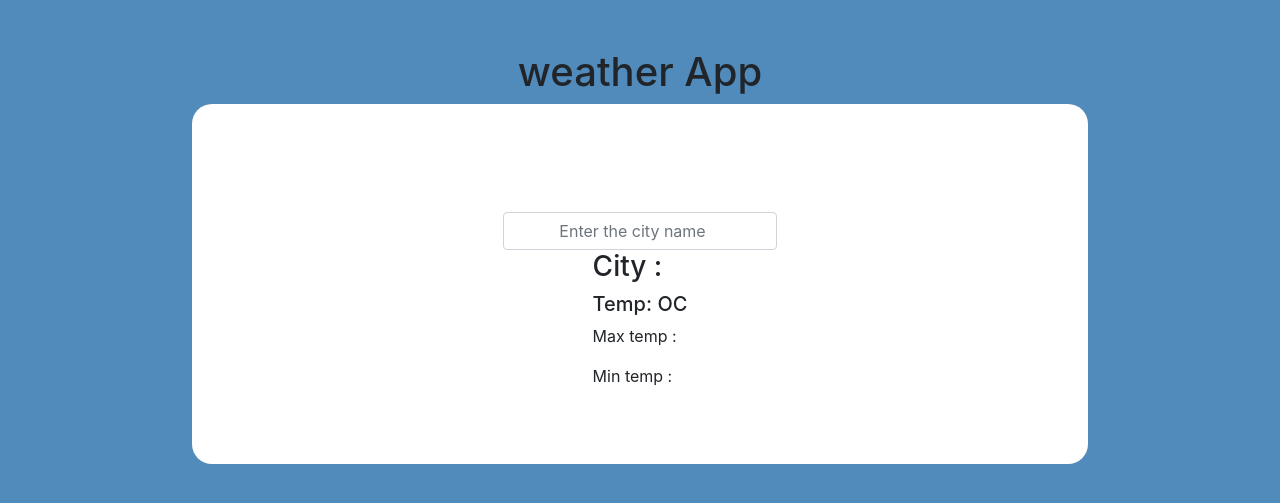
Repository: subhaDTECH/weather-app
Page: /
An editor plug-in stored every save of this project. The page is shown before and after the next save, followed by the edit.
The browser window is 1280 px wide. The pictures show the whole page.
The page's requests for data from a server got no answer. The project was rebuilt for these pictures with package versions that can differ from the ones it lists, and the page was loaded fresh each time. No one was signed in, and anything a server would have sent is missing.

Above is the page before, as saved 2021-11-19 16:30:54.

### src/index.css
*{
  margin: 0;
  padding: 0;
  box-sizing: border-box;
}
.main_section{
  background-color: rgb(80, 139, 187);
  width: 100vw;
  height: 100vh;
}
body{
  background-color: rgb(80, 139, 187);
}
.weather-app{
 width :70vw;
 height:50vh;
  background-color:#fff;
  border-radius: 20px;
}
.center_div{
  display: grid;
  place-items: center;
}
/* @media (max-width:786){
  .weather-app{
    max-width: 400px;
    max-height: 400px;
    background-color:#fff;
    border-radius: 20px;
  }

} */

### src/App.js
import React,{useState,useEffect} from 'react';
import "../node_modules/bootstrap/dist/css/bootstrap.min.css";
import "./index.css";
const App=()=>{
  const[city,setCity]=useState([]);
  const [search,setSearch]=useState();
  useEffect(() => {

    const fetchApi=async()=>{

     const res=await fetch(`http://api.openweathermap.org/data/2.5/weather?q=${search}&units=metric&appid=b4769bbe9a42ca0e8de1f56e70704218`);
     const jsondata=await res.json();



     setCity(jsondata.main);
     console.log('city',city);



    }
    fetchApi();

  },[search])


  return (
    <>
    <div className="container-fluid  main_section">
      <div className='row'>
        <div className="col-md-10 mx-auto center_div mt-5">
           <h1>weather App</h1>
         <div className="weather-app d-flex justify-content-center align-items-center flex-column">
           <div className="input_box mt-5 text-center d-inline d-flex justify-content-center align-items-center">
           <input autoComplete="off"
           placeholder="Enter the cit name..."
           value={search} onChange={(event)=>{setSearch(event.target.value)}} className="form-control me-2 text-center" type="search" placeholder="Enter the city name" aria-label="Search"/>


            <div>

            </div>


           </div>
           {city ? (<div className="info_box">
               <h3>City :{search}</h3>
              <h5>Temp:{city?.temp} OC</h5>
               <p>Max temp :{city?.temp_max}</p>
               <p>Min temp :{city?.temp_min}</p>

           </div>):(
            <div className="info_box">
               <h3>City not found</h3>


           </div>

           )}




         </div>


        </div>

    </div>

    </div>

    </>
  )
}
export default App;

Loaded but not shown: public/index.html (common file); src/index.js (common file)

After the next save:
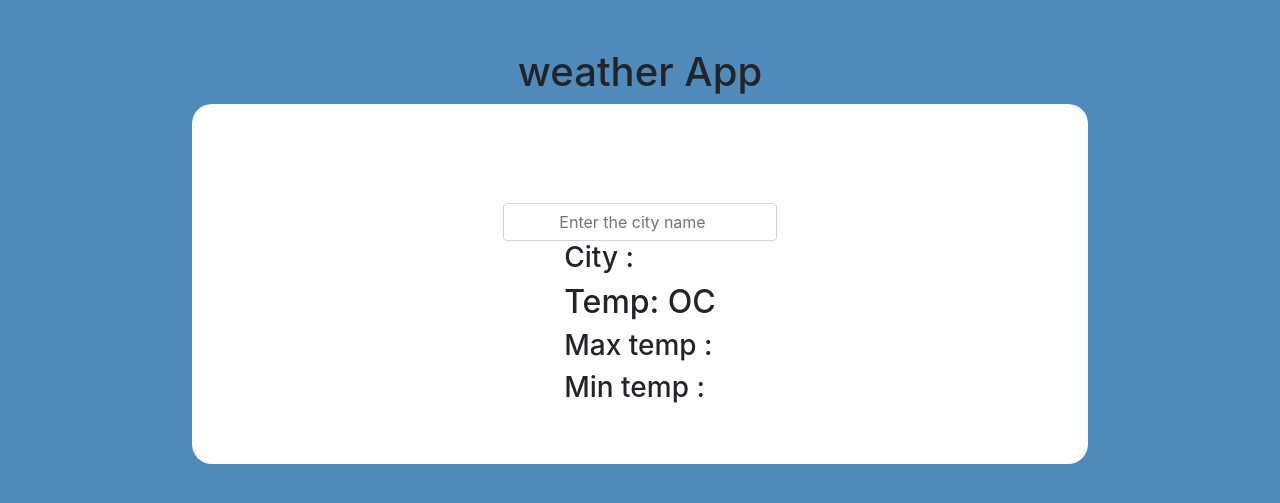
Saved 26 s later.
--- a/src/App.js
+++ b/src/App.js
@@ -45,9 +45,9 @@ const App=()=>{
            </div>
            {city ? (<div className="info_box">
                <h3>City :{search}</h3>
-              <h5>Temp:{city?.temp} OC</h5>
-               <p>Max temp :{city?.temp_max}</p>
-               <p>Min temp :{city?.temp_min}</p>
+              <h2>Temp:{city?.temp} OC</h2>
+               <h3>Max temp :{city?.temp_max}</h3>
+               <h3>Min temp :{city?.temp_min}</h3>
 
            </div>):(
             <div className="info_box">
